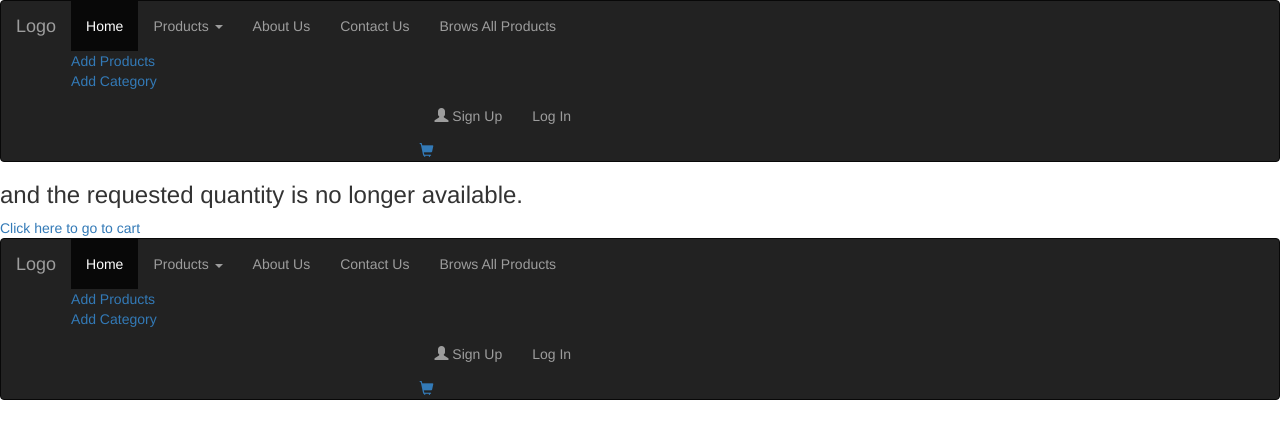
Repository: Binny16/-My-project
Page: http://localhost/online_shopping/WEB-INF/view/productnotavailable.jsp
An editor plug-in stored every save of this project. The page is shown before and after the next save, followed by the edit.
The browser window is 1280 px wide. The pictures show the whole page.
The page is served by Tomcat 9. Nobody is signed in. The template is opened directly, without the code that normally fills it, so the values that code supplies are empty.

Above is the page before, as saved 2018-09-17 10:22:38.

After the next save:
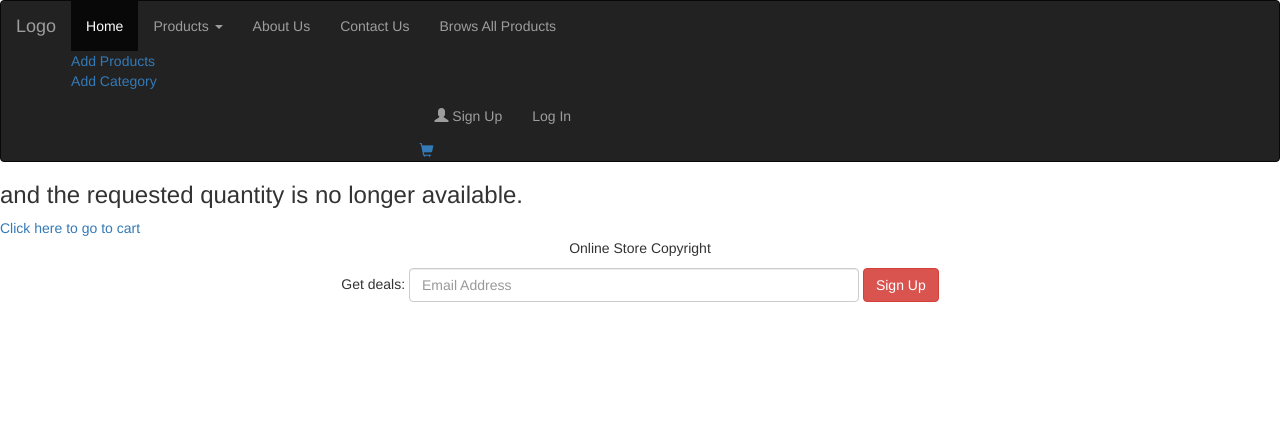
Saved 17 s later.
--- a/18-9-2018/binny/online_shopping/src/main/webapp/WEB-INF/view/productnotavailable.jsp
+++ b/18-9-2018/binny/online_shopping/src/main/webapp/WEB-INF/view/productnotavailable.jsp
@@ -13,6 +13,6 @@
 </h3>
 <a href="<c:url value='/cart/getcart'></c:url>">Click here to go to cart</a>
 </body>
-<%@ include file="Header.jsp" %>
+<%@ include file="Footer.jsp" %>
 
 </html>
